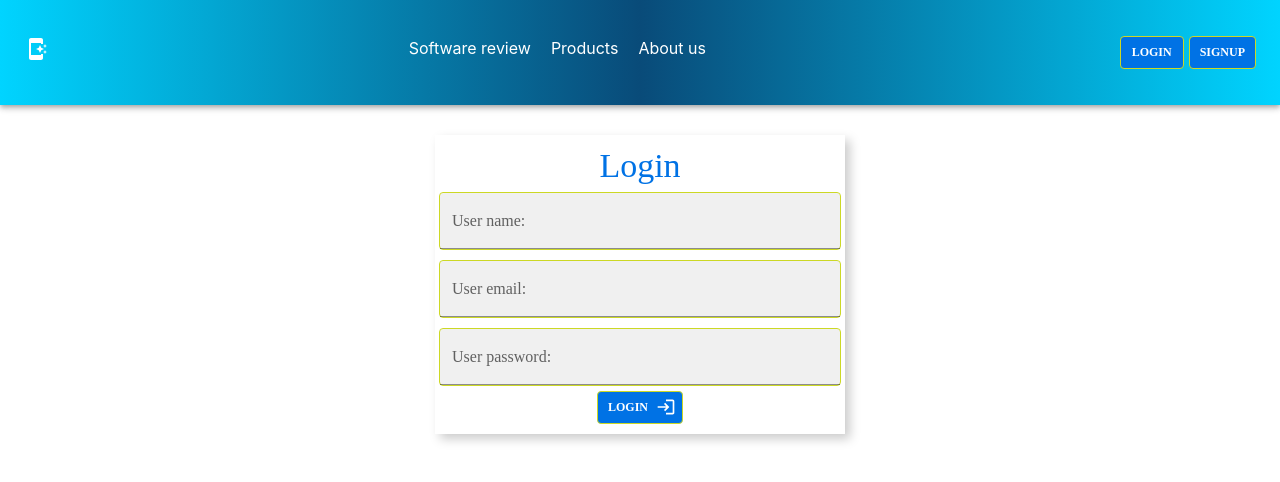
Repository: Alaa-M1/phoenix-products-reactjs-mui
Page: /login
The author's editor kept a copy of each file at every save. The page is drawn from the files as they stood at one save, then again after the next save.
The browser window is 1280 px wide. The pictures show the whole page.
Some web fonts or font styles are not loaded; a fallback is used. The project was rebuilt for these pictures with package versions that can differ from the ones it lists, and the page was loaded fresh each time. Also part of the build but not shown: src/App.css, src/pages/SoftwareReview/index.tsx, src/pages/Products/index.tsx, src/pages/AboutUs/index.tsx, src/pages/Signup/index.tsx, src/pages/NotFound/index.tsx.

Above is the page before, as saved 2023-04-20 11:48:17.

After the next save:
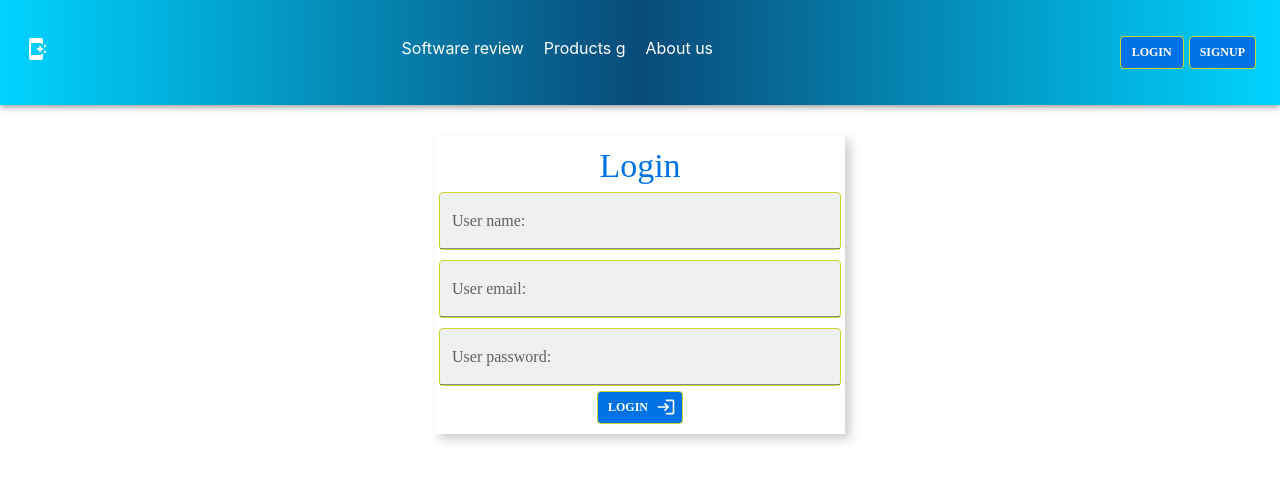
Saved 51 s later.
--- a/src/shared/linksDetails.ts
+++ b/src/shared/linksDetails.ts
@@ -2,6 +2,6 @@ import { LinkInfo } from "types";
 
 export const linksDetails: Array<LinkInfo> = [
     { label: "Software review", path: "/" },
-    { label: "Products", path: "/products" },
+    { label: "Products g", path: "/products" },
     { label: "About us", path: "/about-us" },
   ];
